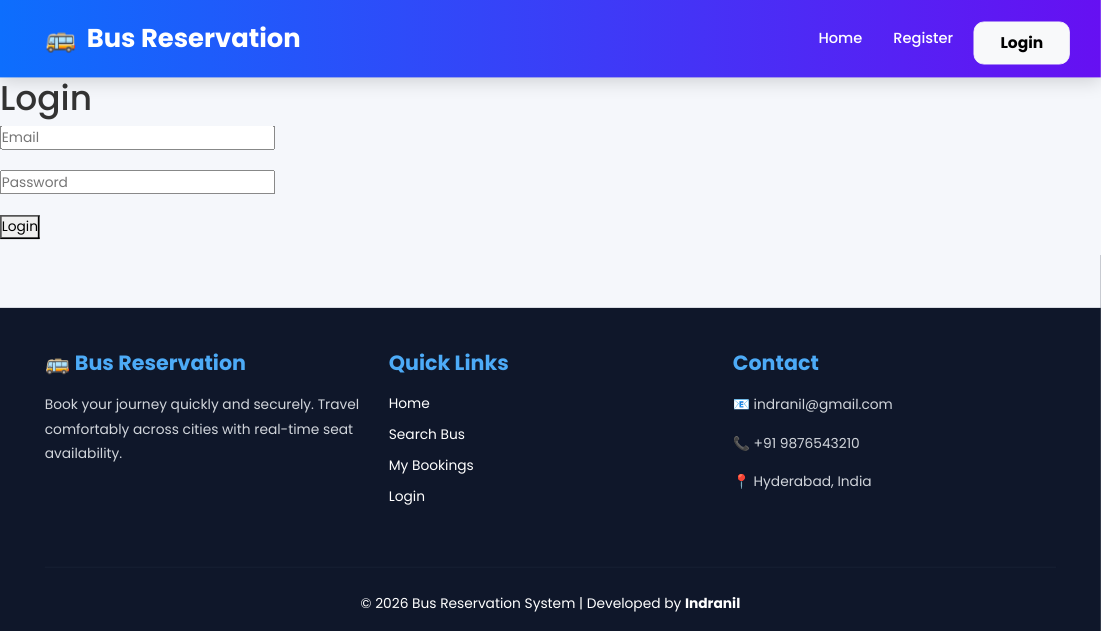
Repository: Eswarabhinay06/Bus-Reservation-System
Page: /login (app in AIML-09-Bus-Reservation-System-main/bus-reservation-frontend/)
The author's editor kept a copy of each file at every save. The page is drawn from the files as they stood at one save, then again after the next save.
The browser window is 1280 px wide. The pictures show the whole page, at 86% of full size.
The project was rebuilt for these pictures with package versions that can differ from the ones it lists, and the page was loaded fresh each time. Also part of the build but not shown: AIML-09-Bus-Reservation-System-main/bus-reservation-frontend/vite.config.js, AIML-09-Bus-Reservation-System-main/bus-reservation-frontend/src/styles/Hero.css, AIML-09-Bus-Reservation-System-main/bus-reservation-frontend/src/components/Hero.jsx, AIML-09-Bus-Reservation-System-main/bus-reservation-frontend/src/components/SearchBar.jsx, AIML-09-Bus-Reservation-System-main/bus-reservation-frontend/src/styles/BusCard.css, AIML-09-Bus-Reservation-System-main/bus-reservation-frontend/src/components/BusCard.jsx, AIML-09-Bus-Reservation-System-main/bus-reservation-frontend/src/styles/SeatSelection.css, AIML-09-Bus-Reservation-System-main/bus-reservation-frontend/src/components/SeatSelection.jsx and 7 more.

Above is the page before, as saved 2026-07-14 11:07:35.

After the next save:
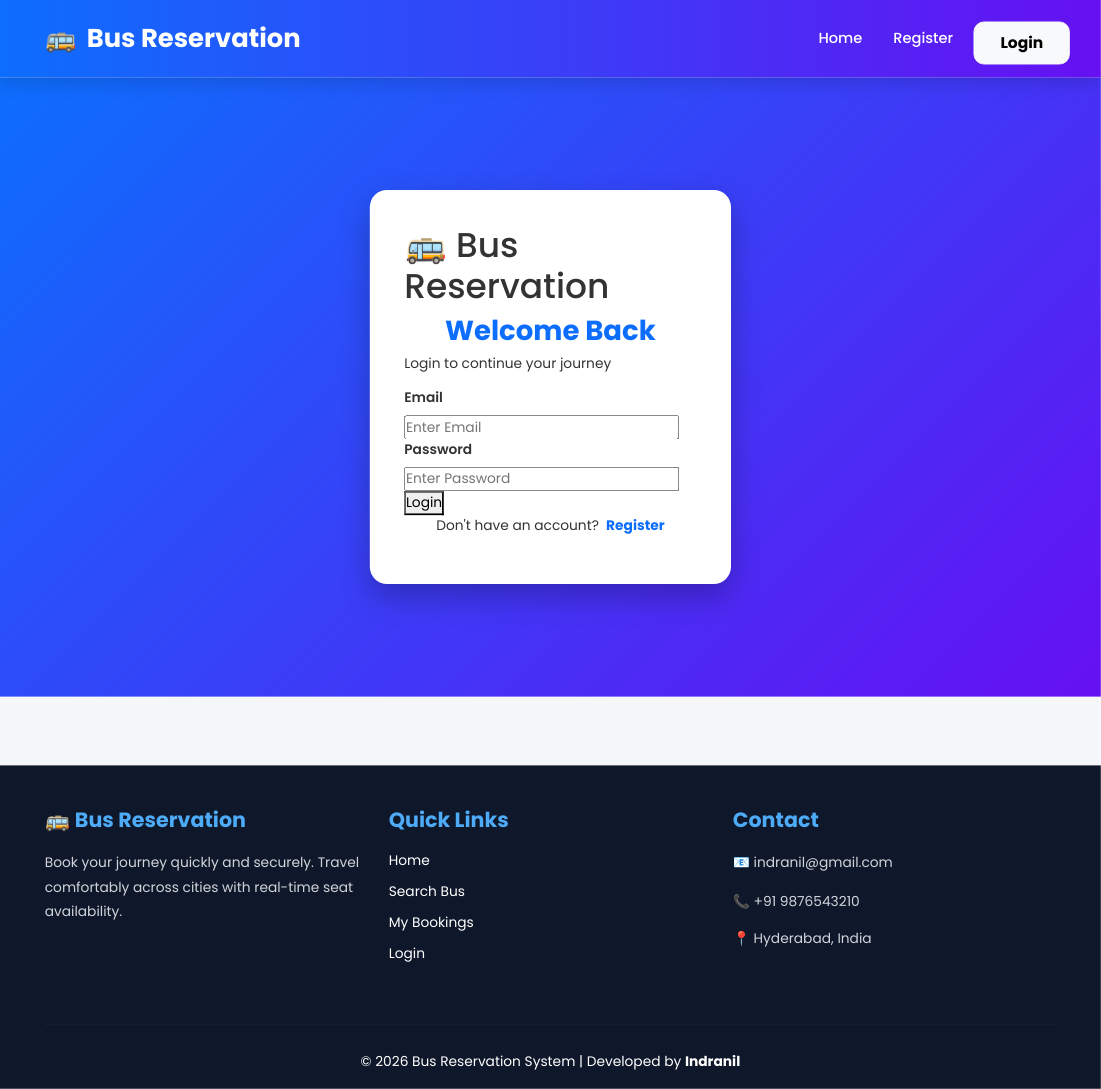
Saved 13 min 19 s later.
--- a/AIML-09-Bus-Reservation-System-main/bus-reservation-frontend/src/pages/Login.jsx
+++ b/AIML-09-Bus-Reservation-System-main/bus-reservation-frontend/src/pages/Login.jsx
@@ -1,7 +1,11 @@
 import { useState } from "react";
+import { Link, useNavigate } from "react-router-dom";
 import api from "../services/api";
 import "../styles/Login.css";
+
 function Login() {
+  const navigate = useNavigate();
+
   const [form, setForm] = useState({
     email: "",
     password: "",
@@ -11,45 +15,82 @@ function Login() {
     e.preventDefault();
 
     if (!form.email || !form.password) {
-  alert("Enter email and password");
-  return;
-}
+      alert("Please enter Email and Password");
+      return;
+    }
 
     try {
       const response = await api.post("/auth/login", form);
 
-      // Save logged in user
       localStorage.setItem("user", JSON.stringify(response.data));
 
       alert("Welcome " + response.data.name);
+
+      navigate("/");
     } catch (error) {
       console.error(error);
-      alert("Invalid email or password");
+      alert("Invalid Email or Password");
     }
   };
 
   return (
-    <div>
-      <h1>Login</h1>
+    <div className="login-page">
 
-      <form onSubmit={handleSubmit}>
-        <input
-          placeholder="Email"
-          value={form.email}
-          onChange={(e) => setForm({ ...form, email: e.target.value })}
-        />
-        <br /><br />
+      <div className="login-card">
 
-        <input
-          type="password"
-          placeholder="Password"
-          value={form.password}
-          onChange={(e) => setForm({ ...form, password: e.target.value })}
-        />
-        <br /><br />
+        <h1 className="logo">
+          🚌 Bus Reservation
+        </h1>
 
-        <button type="submit">Login</button>
-      </form>
+        <h2>Welcome Back</h2>
+
+        <p className="subtitle">
+          Login to continue your journey
+        </p>
+
+        <form onSubmit={handleSubmit}>
+
+          <label>Email</label>
+
+          <input
+            type="email"
+            placeholder="Enter Email"
+            value={form.email}
+            onChange={(e) =>
+              setForm({
+                ...form,
+                email: e.target.value,
+              })
+            }
+          />
+
+          <label>Password</label>
+
+          <input
+            type="password"
+            placeholder="Enter Password"
+            value={form.password}
+            onChange={(e) =>
+              setForm({
+                ...form,
+                password: e.target.value,
+              })
+            }
+          />
+
+          <button type="submit">
+            Login
+          </button>
+
+        </form>
+
+        <p className="register-link">
+          Don't have an account?
+          <Link to="/register"> Register</Link>
+        </p>
+
+      </div>
+
     </div>
   );
 }
